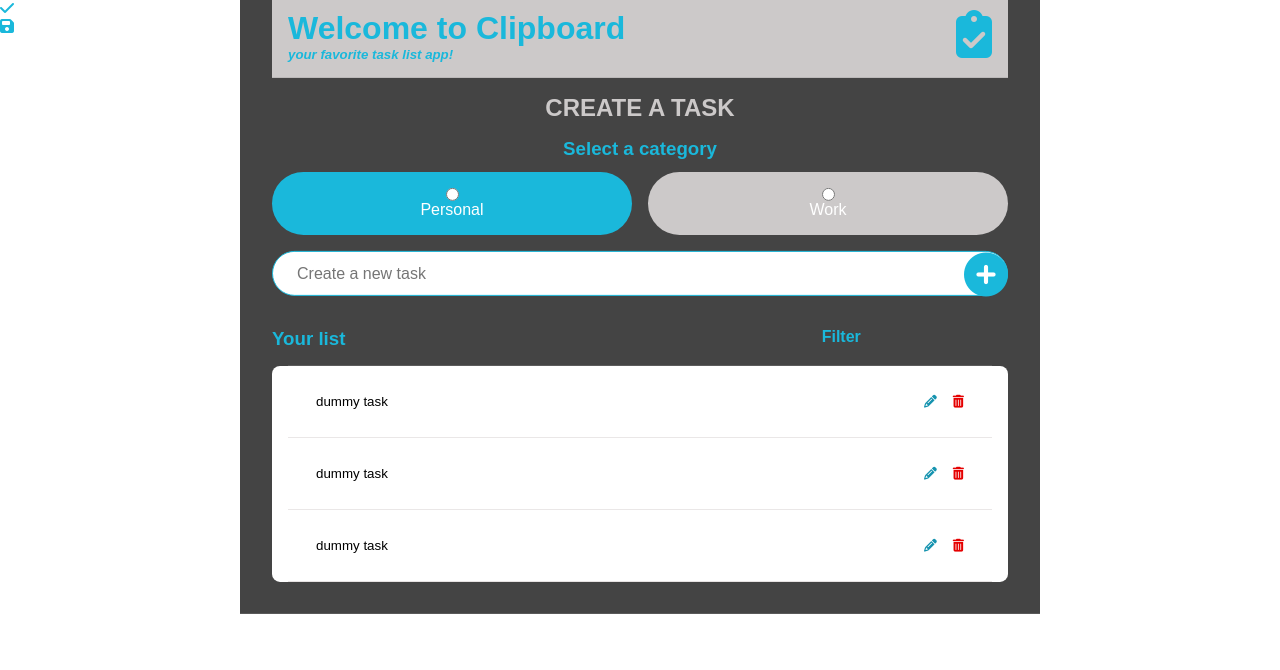
Repository: WesleyErasmus/Todo-App
Page: todoApp.html
These files come from the project's save history. The page is drawn as it stood at one moment and after the next save; the edit follows.
The browser window is 1280 px wide. The pictures show the whole page.
Some web libraries are served in a nearby version.

Above is the page before, as saved 2022-06-04 22:37:59.

### todoApp.html
<!DOCTYPE html>
<html lang="en">
<head>
    <meta charset="UTF-8">
    <meta http-equiv="X-UA-Compatible" content="IE=edge">
    <meta name="viewport" content="width=device-width, initial-scale=1.0">
    <title>Todo App</title>
    <script src="https://kit.fontawesome.com/81ea498f91.js" crossorigin="anonymous"></script>
    <link rel="stylesheet" href="/source/css/todoApp.css">
    <script src="/source/script/todoApp.js" defer></script>
</head>
<body>
    <!-- App wrapper -->
    <main class="app-wrapper">
        <!-- App header -->
        <header>
            <div>
            <h1>Welcome to Clipboard</h1>
            <h5><em>your favorite task list app!</em></h5>
            </div>
            <div id="jumbotron-logo"><i class="fa-solid fa-clipboard-check fa-3x"></i></div>
        </header>

        <!-- <div id="sub-header">
        <form id="search-bar">
        <input type="text"
        id="search-bar"
        placeholder="Search for a task...">
        <button type="submit"><i class="fa fa-search"
        id="search-submit-btn"></i></button>
        </form>
        </div> -->

        <h2 id="create-task-heading">CREATE A TASK</h2>

        <!-- Categories section -->
        <section>
        <form id="todo-list-form">
            <h3 class="category-heading">Select a category</h3>
            <div class="category-selectors">
                <!-- Personal category (make to assign as default, unless user selects work category) -->
                <label id="personal-label-btn">
                    <input type="radio" name="category" value="Personal" id="personal-category" />
                    <div>Personal</div>
                </label>
                <!-- Work category -->
                <label id="work-label-btn">
                    <input type="radio" name="category" value="Work" id="work-category" />
                    <div>Work</div>
                </label>
            </div> <!-- End of radio categories div -->
            <div class="create-submit">
            <input type="text" name="create-task" id="create-task" placeholder="Create a new task" />
            <button id="task-submit-btn" type="submit" value="create-new-task">
                <i class="fa-solid fa-circle-plus"></i>
            </button>
        </div>
        </form>
        </section>

        <!-- Task list is created here, new tasks are outputted below -->
        <section class="todo-list-output">
            <div id="list-header">
            <h3>Your list</h3>
            <div><strong>Filter</strong></div>
            </div>
            <!-- Actual task list output -->
            <div class="tasks" id="tasks">

                <div class="dummy-task">

                    <div class="task-name">
                        <input type="text"
                        class="text"
                        value="dummy task"
                        readonly>
                        <div class="edit-delete">
                            <button class="edit"><i class="fa-solid fa-pencil"></i></button>
                            <button class="delete"><i class="fa fa-trash" aria-hidden="true"></i></button>
                        </div>
                    </div>
                </div>

                <div class="dummy-task">

                    <div class="task-name">
                        <input type="text"
                        class="text"
                        value="dummy task"
                        readonly>
                        <div class="edit-delete">
                            <button class="edit"><i class="fa-solid fa-pencil"></i></button>
                            <button class="delete"><i class="fa fa-trash" aria-hidden="true"></i></button>
                        </div>
                    </div>
                </div>

                <div class="dummy-task">

                    <div class="task-name">
                        <input type="text"
                        class="text"
                        value="dummy task"
                        readonly>
                        <div class="edit-delete">
                            <button class="edit"><i class="fa-solid fa-pencil"></i></button>
                            <button class="delete"><i class="fa fa-trash" aria-hidden="true"></i></button>
                        </div>
                    </div>
                </div>

            </div>

        </section>

    </main> <!-- End of App wrapper -->
        <!-- Save icon and task complete icon -->
                <li><i class="fa-solid fa-check"></i></li>
                <li><i class="fa-solid fa-floppy-disk"></i></li>

</body>
</html>

### source/css/todoApp.css
/* CSS Variables */
:root {
    --background-color: #fff;
    --primary: #1AB8DB;
    --secondary: #1593AF;
    --delete: #E50000;
    --grey: #ccc9c9;
    --dark-grey: #444444;

    --shadows: 0 1px 3px rgba(0,0,0,0.12);

    /* add linear gradients */
}

/* Universal selector styling */
* {
    box-sizing: border-box;
    margin: 0;
    padding: 0;
    font-family: sans-serif;
    list-style: none;
}

/* Below will remove input and checkbox default styling */
input:not([type="radio"]):not([type="checkbox"]), button {
	appearance: none;
	border: none;
	outline: none;
	background: none;
	cursor: initial;
}

button {
	appearance: none;
	border: none;
	outline: none;
	background: none;
	cursor: initial;
}

body {
    background-color: var(--background-color);
    color: var(--primary);
}

main {
    padding-top: 2rem;
    background-color: var(--dark-grey);
    padding-left: 2rem;
    padding-right: 2rem;
    flex: 1 1 0%;
    align-items: center;
    justify-content: center;
    max-width: 800px;
    width: 100%;
    position: absolute;
    top: 40%;
    left: 50%;
    margin-right: -50%;
    transform: translate(-50%, -50%)
}

section {
    margin-top: 1rem;
    margin-bottom: 2rem;
}

header {
    display: flex;
    justify-content: space-between;
    padding: 1rem;
    background-color: var(--grey);
}

#search-bar {
    display: flex;
    position: relative;
    justify-content: center;
    align-items: center;
}

#search-bar input{
	display: block;
	width: 100%;
	font-size: 0.9rem;
	padding: 0.50rem 1.5rem;
    padding-right: 0rem;
	color: var(--dark-grey);
	background-color: var(--background-color);
    border: 0.1px solid var(--primary);
    border-radius: 0.75rem;
}

#search-submit-btn {
    position: absolute;
    display: block;
    right: 0rem;
    top: 0;
    background-color: var(--primary);
    /* border-radius: 50%; */
    border-top-left-radius: 0.75rem;
    border-bottom-left-radius: 0.75rem;
    border-top-right-radius: 0.75rem;
    border-bottom-right-radius: 0.75rem;
    padding: 0.56rem;
    color: #fff;
    /* border: none; */
    /* color: var(--primary); */
}

/* Font-awesome search icon styling */
.fa-search {
    font-size: 1rem;
    color: var(--primary);
}

#sub-header {
    margin-top: 1rem;
    text-align: center;
    align-items: center;
}

#create-task {
	display: block;
	width: 100%;
	font-size: 1rem;
	padding: 0.79rem 1.5rem;
    padding-right: 0rem;
	color: var(--dark-grey);
	background-color: var(--background-color);
    border: 0.1px solid var(--primary);
    border-radius: 9999px;
}

/* change to task add btn */
#task-submit-btn{
    position: absolute;
    display: block;
    right: 0rem;
    bottom: -0.5px;
    border: none;
    background-color: transparent;
    color: var(--primary);
}

.fa-circle-plus {
    font-size: 2.75rem;
}

/* add gradient color to fa-logo */

#create-task-heading {
    color: var(--grey);
    margin-top: 1rem;
    text-align: center;
}

.category-heading {
    text-align: center;
    margin-bottom: 0.75rem;
}

.category-selectors {
    display: grid;
    grid-template-columns: repeat(2, 1fr);
    grid-gap: 1rem;
    margin-bottom: 1rem;
}

.category-selectors label{
    display: flex;
    flex-direction: column;
    justify-content: center;
    align-items: center;
    background-color: var(--primary);
    padding: 1rem 2rem;
    border-radius: 999999px;
    color: #fff;
}

/* change the below id to #work-category-btn */
#work-label-btn {
background-color: var(--grey);
}

.create-submit {
    position: relative;
    display: flex;
    justify-content: center;
    align-items: center;
    text-align: center;
    margin-top: 0.5rem;
}

.create-task {
    text-align: center;
}

#list-header {
width: 80%;
display: flex;
justify-content: space-between;
margin-bottom: 1rem;
}

#tasks {
    border-radius: 0.5rem;
    background-color: #fff;
}

#tasks .task-name {
    display: flex;
    justify-content: space-between;
    background-color: var(--background-color);
    padding: 1.75rem;
    /* border-radius: 0.5rem; */
    background-color: #fff;
    margin-bottom: 0rem;
    margin: 0 1rem;
    border-bottom: 0.01px solid rgba(229, 225, 225, 0.919);
}

.dummy-task .task-name {
    flex: 1 1 0%;
}

.dummy-task .task-name .text {
    /* color: #1593AF; */
    width: 100%;
    display: block;
    transition: 0.4s;
}

.dummy-task .edit-delete {
    display: flex;
    margin: 0 -0.5rem;

}

/* Edit button styling */

.fa-pencil {
    color: var(--secondary);
}

.fa-trash {
    color: var(--delete);
}

.dummy-task .edit-delete button {
    cursor: pointer;
    margin: 0 0.5rem;
    font-size: 0.8rem;
    font-weight: 700;
    text-transform: uppercase;
    transition: 0.4s;
}

Loaded but not shown: source/script/todoApp.js (no copy from this time; the picture is the same without it)

After the next save:
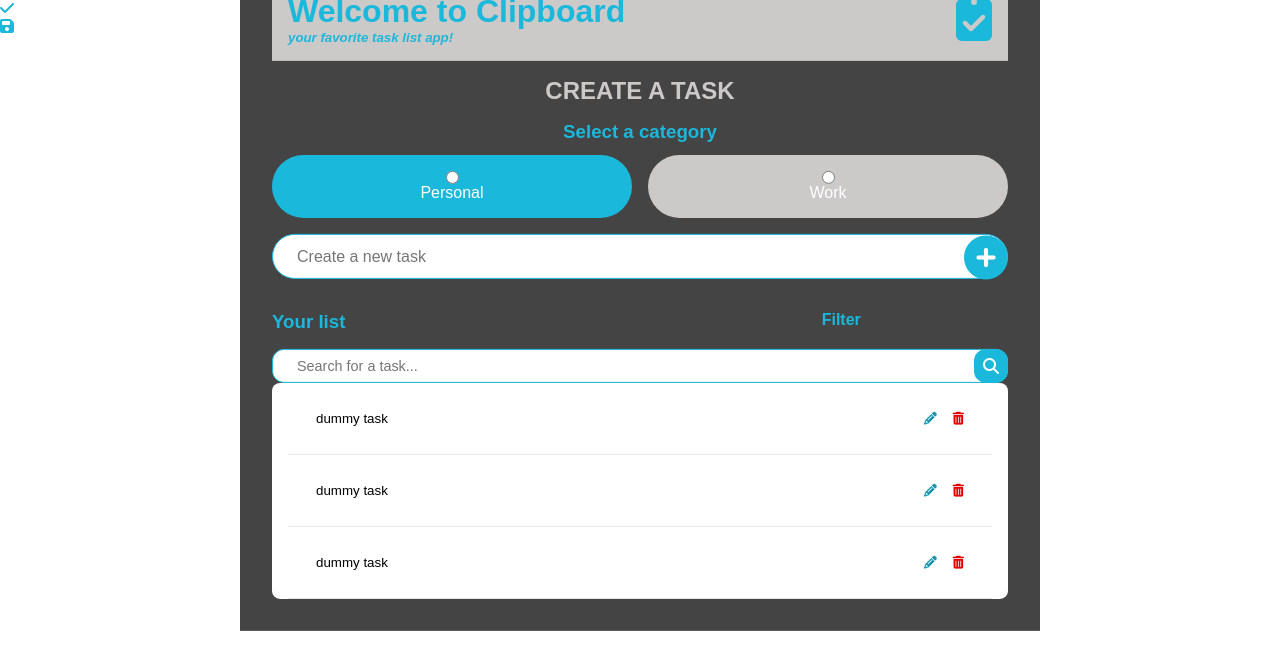
Saved 26 s later.
--- a/todoApp.html
+++ b/todoApp.html
@@ -64,6 +64,15 @@
             <h3>Your list</h3>
             <div><strong>Filter</strong></div>
             </div>
+            <div id="sub-header">
+                <form id="search-bar">
+                <input type="text"
+                id="search-bar"
+                placeholder="Search for a task...">
+                <button type="submit"><i class="fa fa-search"
+                id="search-submit-btn"></i></button>
+                </form>
+                </div>
             <!-- Actual task list output -->
             <div class="tasks" id="tasks">
 
